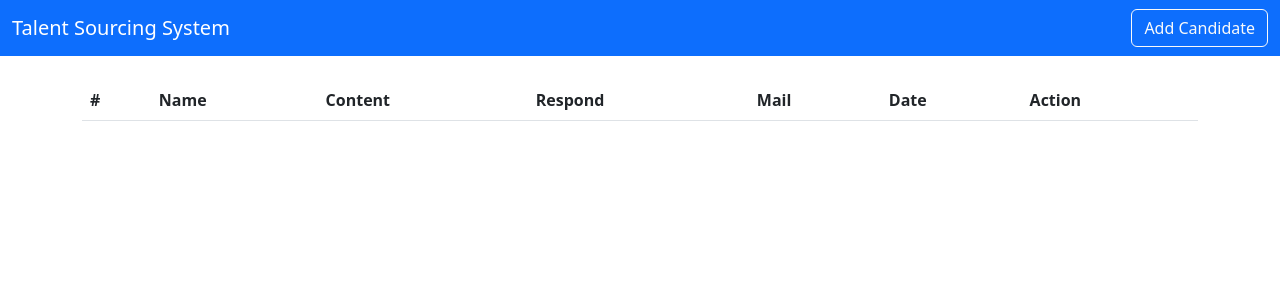
Repository: mfd10/talent-sourcing-system-frontend
Page: /
An editor plug-in stored every save of this project. The page is shown before and after the next save, followed by the edit.
The browser window is 1280 px wide. The pictures show the whole page.
The page's requests for data from a server got no answer. The project was rebuilt for these pictures with package versions that can differ from the ones it lists, and the page was loaded fresh each time. No one was signed in, and anything a server would have sent is missing. Also part of the build but not shown: src/users/AddCandidates.js, src/users/EditCandidate.js, src/users/ViewCandidate.js, src/users/EditInteractions.js. Imported but missing from the stored project, and not drawn on this page: src/component/pop-up.

Above is the page before, as saved 2022-11-14 21:57:47.

After the next save:
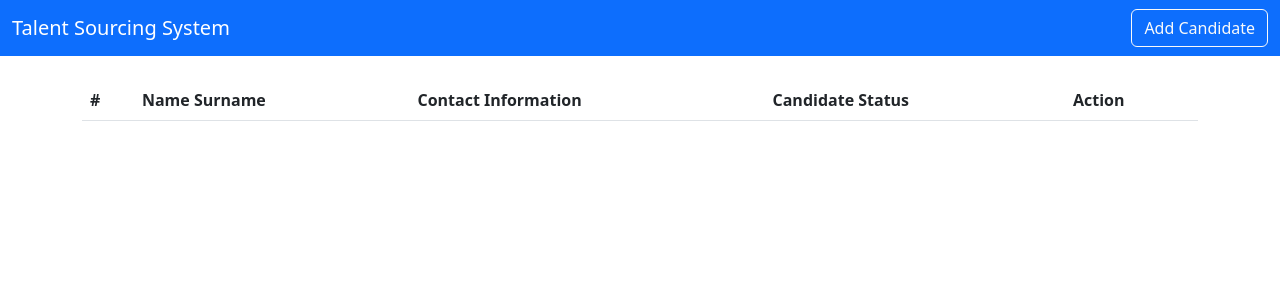
Saved 2 h 42 min later.
--- a/src/pages/Home.js
+++ b/src/pages/Home.js
@@ -15,13 +15,13 @@
 
 
   const loadCandidates = async () => {
-    const result = await axios.get("http://localhost:8080/candidates");
+    const result = await axios.get("http://localhost:8080/api/v1/candidates");
     setCandidates(result.data);
 
   };
 
   const deleteCandidate = async (id) => {
-    await axios.delete(`http://localhost:8080/candidates/${id}`);
+    await axios.delete(`http://localhost:8080/api/v1/candidates/${id}`);
     loadCandidates();
   };
 
@@ -32,11 +32,9 @@
           <thead>
             <tr>
               <th scope="col">#</th>
-              <th scope="col">Name</th>
-              <th scope="col">Content</th>
-              <th scope="col">Respond</th>
-              <th scope="col">Mail</th>
-              <th scope="col">Date</th>
+              <th scope="col">Name Surname</th>
+              <th scope="col">Contact Information</th>
+              <th scope="col">Candidate Status</th>
               <th scope="col">Action</th>
             </tr>
           </thead>
@@ -47,12 +45,8 @@
                   {index + 1}
                 </th>
                 <td>{candidate.name}</td>
-                <td>{candidate.content}</td>
-                <td>{candidate.candidate_responded}</td>
-                <td>{candidate.mail}</td>
-                {/* TODO: Date Tarih gösterimi düzeltilecek */}
-                <td>{candidate.date.substring(0,10)}</td>
-
+                <td>{candidate.contact_information}</td>
+                <td>{candidate.status}</td>
                 <td>
                   <Link
                     className="btn btn-primary mx-2"
